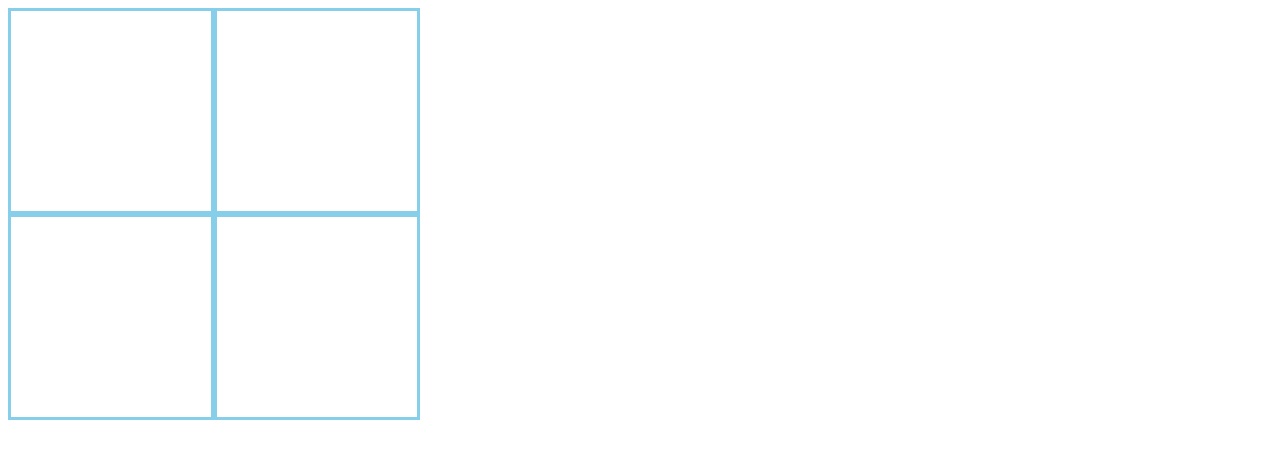
Repository: hojohe/bit-java
Page: 07_css/WebContent/99_exam/exam02.html
An editor plug-in stored every save of this project. The page is shown before and after the next save, followed by the edit.
The browser window is 1280 px wide. The pictures show the whole page.

Above is the page before, as saved 2017-01-25 05:08:56.

After the next save:
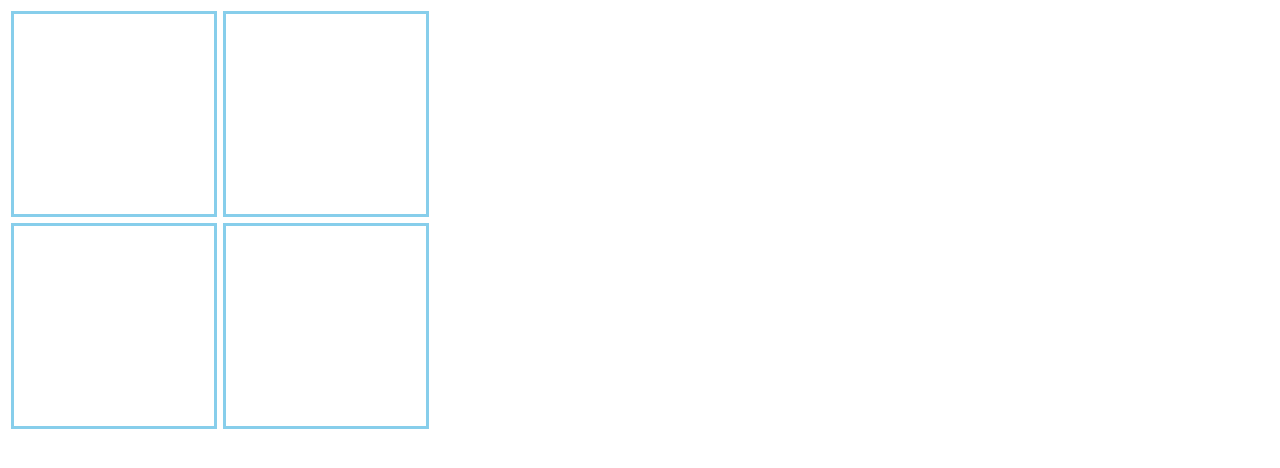
Saved 29 s later.
--- a/07_css/WebContent/99_exam/exam02.html
+++ b/07_css/WebContent/99_exam/exam02.html
@@ -10,6 +10,7 @@
 		height: 200px;
 		border: 3px solid skyblue;
 		float: left;
+		margin: 3px 3px;
 	}
 
 	div.pic3 {
